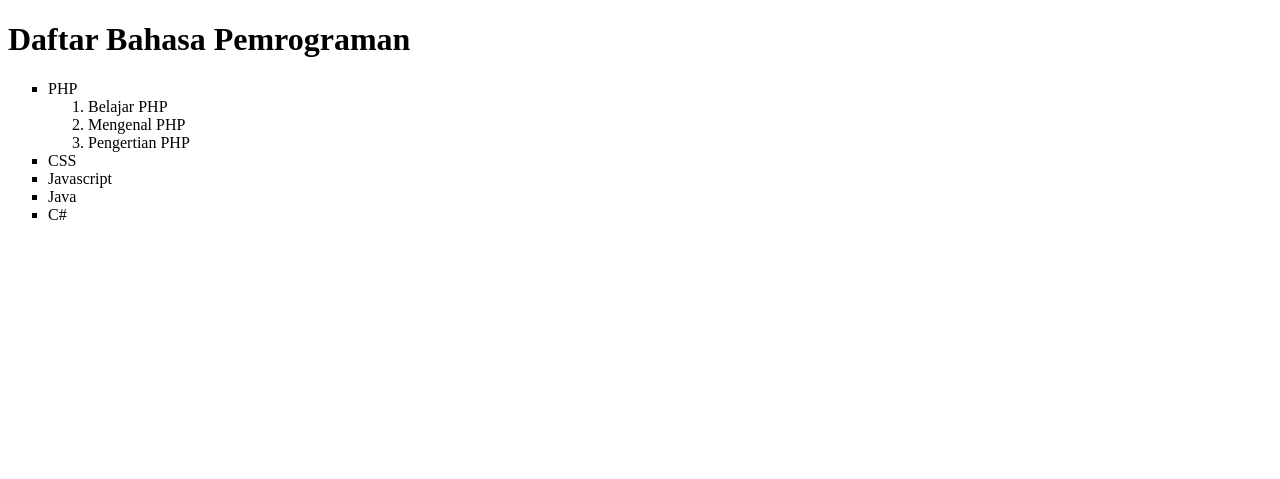
Repository: AHSANS354/tugas-sib5
Page: list.html
The author's editor kept a copy of each file at every save. The page is drawn from the files as they stood at one save, then again after the next save.
The browser window is 1280 px wide. The pictures show the whole page.

Above is the page before, as saved 2023-08-18 13:30:06.

### list.html
<!DOCTYPE html>
<html lang="en">
  <head>
    <meta charset="UTF-8" />
    <meta name="viewport" content="width=device-width, initial-scale=1.0" />
    <title>Kuy Belajar bikin List</title>
  </head>
  <body>
    <h1>Daftar Bahasa Pemrograman</h1>
    <ul type="square">
      <li>
        PHP
        <ol type="1">
          <li>Belajar PHP</li>
          <li>Mengenal PHP</li>
          <li>Pengertian PHP</li>
        </ol>
      </li>
      <li>CSS</li>
      <li>Javascript</li>
      <li>Java</li>
      <li>C#</li>
    </ul>
  </body>
</html>

After the next save:
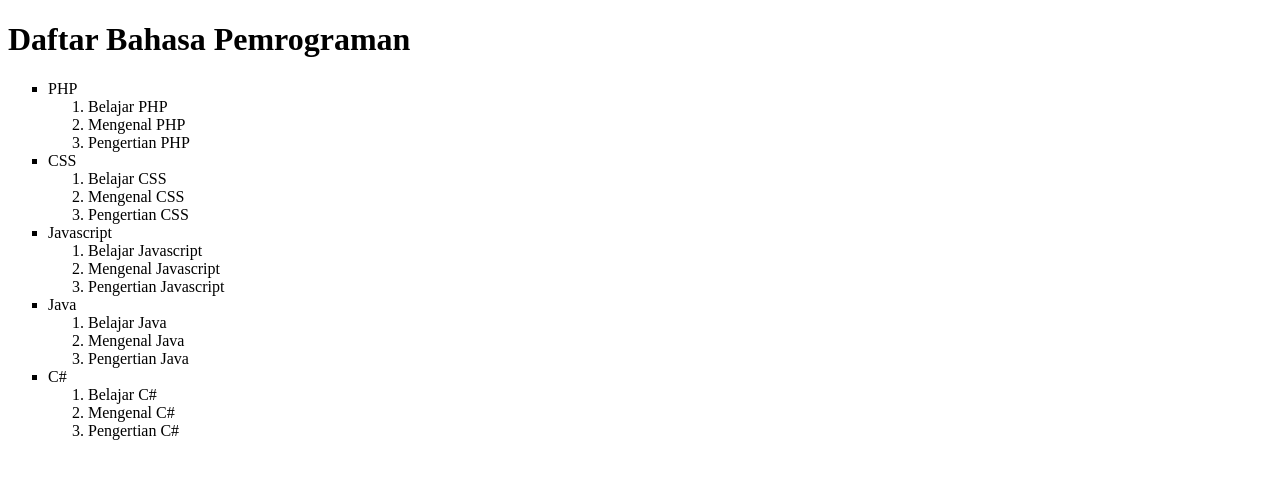
Saved 3 min 27 s later.
--- a/list.html
+++ b/list.html
@@ -16,10 +16,38 @@
           <li>Pengertian PHP</li>
         </ol>
       </li>
-      <li>CSS</li>
-      <li>Javascript</li>
-      <li>Java</li>
-      <li>C#</li>
+      <li>
+        CSS
+        <ol type="1">
+          <li>Belajar CSS</li>
+          <li>Mengenal CSS</li>
+          <li>Pengertian CSS</li>
+        </ol>
+      </li>
+      <li>
+        Javascript
+        <ol type="1">
+          <li>Belajar Javascript</li>
+          <li>Mengenal Javascript</li>
+          <li>Pengertian Javascript</li>
+        </ol>
+      </li>
+      <li>
+        Java
+        <ol type="1">
+          <li>Belajar Java</li>
+          <li>Mengenal Java</li>
+          <li>Pengertian Java</li>
+        </ol>
+      </li>
+      <li>
+        C#
+        <ol type="1">
+          <li>Belajar C#</li>
+          <li>Mengenal C#</li>
+          <li>Pengertian C#</li>
+        </ol>
+      </li>
     </ul>
   </body>
 </html>
